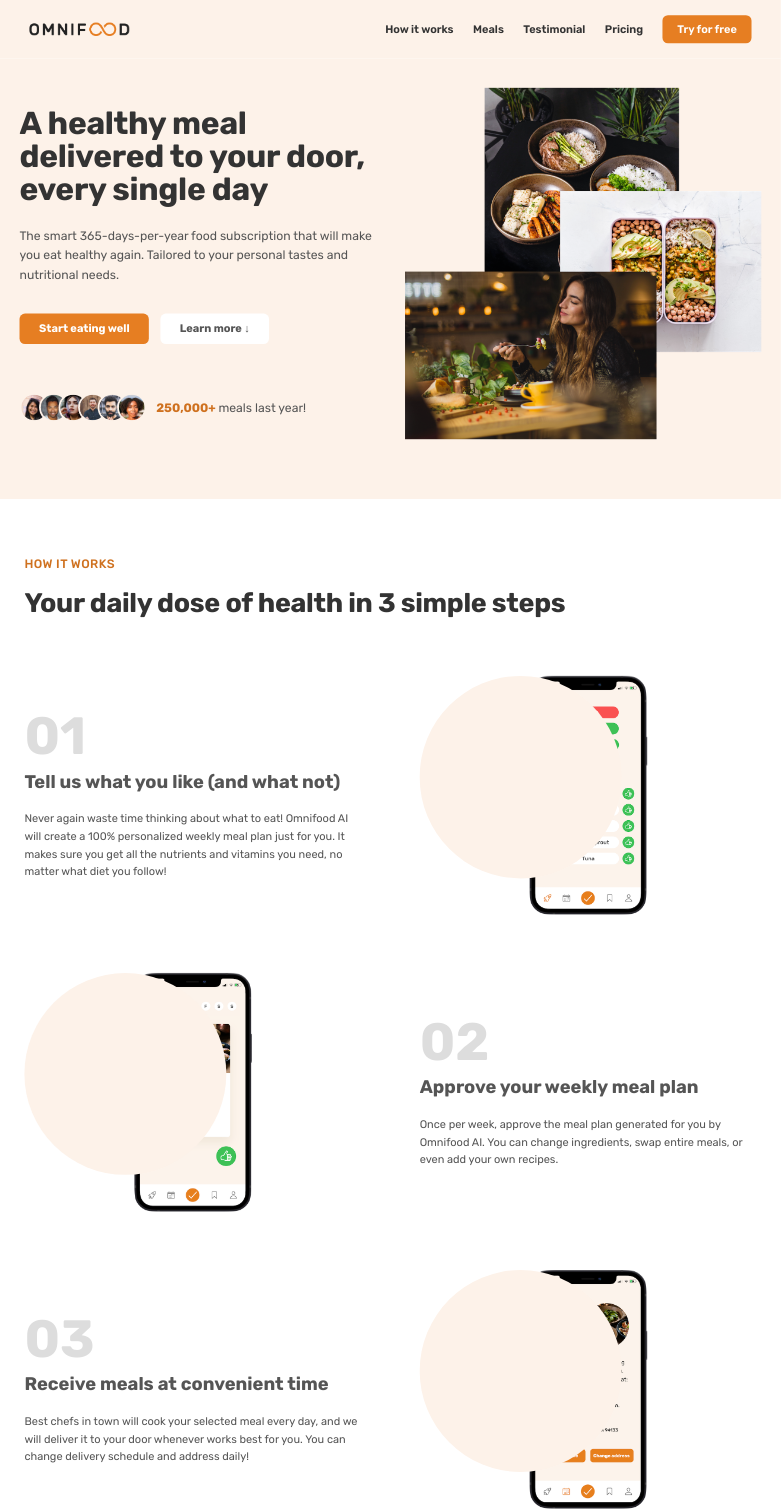
Repository: WefsCao/Omnifood
Page: index.html
An editor plug-in stored every save of this project. The page is shown before and after the next save, followed by the edit.
The browser window is 1280 px wide. The pictures show the whole page, at 61% of full size.

Above is the page before, as saved 2022-06-04 20:54:14.

After the next save:
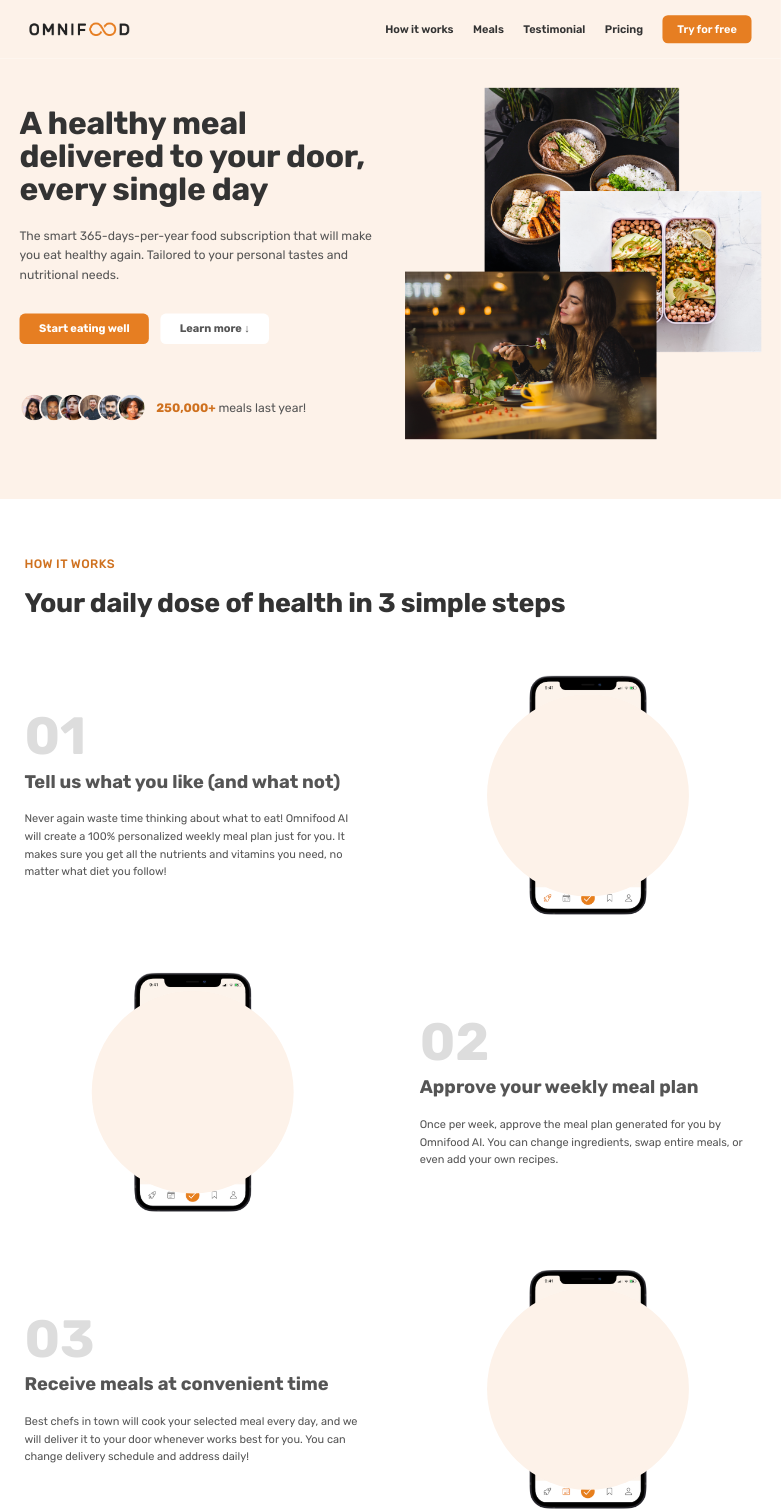
Saved 26 s later.
--- a/css/style.css
+++ b/css/style.css
@@ -168,8 +168,9 @@
   padding-bottom: 60%;
   border-radius: 50%;
   background-color: #fdf2e9;
-  top: 0;
-  left: 0;
+  top: 50%;
+  left: 50%;
+  transform: translate(-50%, -50%);
 }
 .step-text {
   margin-top: 3.2rem;
